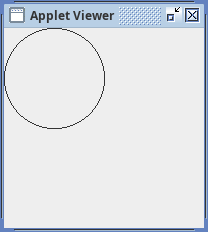
Repository: raul-villalva/laboratorio_2013
Program's window: java Practica4/src/PrimerApplet.java
An editor plug-in stored every save of this project. The program's window is shown before and after the next save, followed by the edit.
It runs on Java 21 on a 1366 x 768 screen with the Metal look.

Above is the program's window before, as saved 2013-09-26 15:35:17.

After the next save:
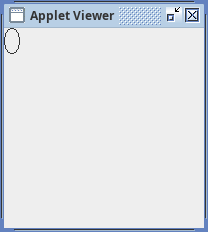
Saved 16 s later.
--- a/Practica4/src/PrimerApplet.java
+++ b/Practica4/src/PrimerApplet.java
@@ -15,7 +15,7 @@
 	private static final long serialVersionUID = 1L;
 
 	public void paint(Graphics g){
-	   g.drawOval(x, y, 100, 100);
+	   g.drawOval(x, y, 15, 25);
 	   g.setColor(Color.RED);
 	}
 
